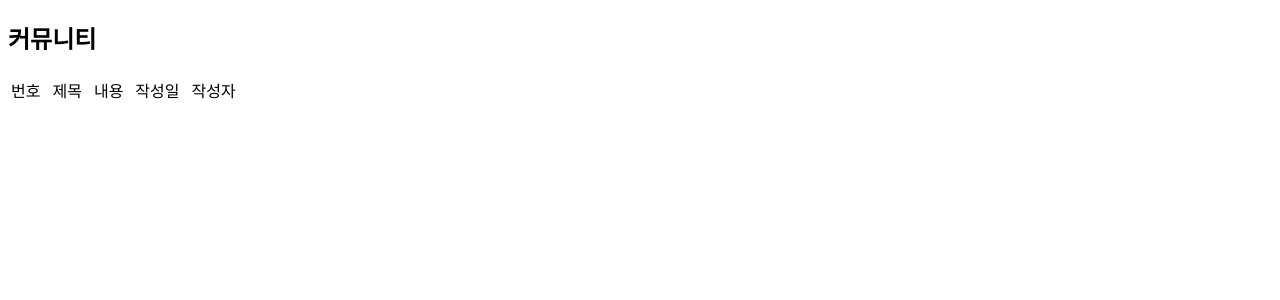
Repository: skdltm12/jsp1
Page: http://localhost/web01/board1.jsp
An editor plug-in stored every save of this project. The page is shown before and after the next save, followed by the edit.
The browser window is 1280 px wide. The pictures show the whole page.
The page is served by Tomcat 9. Queries for data that is not in the repository find no rows.

Above is the page before, as saved 2022-04-28 07:34:15.

### web01/src/main/webapp/board1.jsp
<%@ page language="java" contentType="text/html; charset=UTF-8"
    pageEncoding="UTF-8"%>
<%@ page import="java.sql.*" %>
<!DOCTYPE html>
<html>
<head>
<meta charset="UTF-8">
<title>게시글 목록</title>
</head>
<body>
	<h2>커뮤니티</h2>
	<table>
		<tbody>
		<tr>
			<td>번호&nbsp;&nbsp;</td>
			<td>제목&nbsp;&nbsp;</td>
			<td>내용&nbsp;&nbsp;</td>
			<td>작성일&nbsp;&nbsp;</td>
			<td>작성자&nbsp;&nbsp;</td>
		</tr>
	<%
	request.setCharacterEncoding("UTF-8");
	Connection conn = null;
	PreparedStatement pstmt = null;
	ResultSet rs = null;

	try{
		Class.forName("org.mariadb.jdbc.Driver");
		conn = DriverManager.getConnection("jdbc:mariadb://localhost:3308/company","root","1234!");
		String sql = "select * from board";
		pstmt = conn.prepareStatement(sql);
		rs = pstmt.executeQuery();
		while(rs.next()){
		%>
		<tr>
			<td><%=rs.getString("bno") %>&nbsp;&nbsp; </td>
			<td><%=rs.getString("btitle") %>&nbsp;&nbsp; </td>
			<td><%=rs.getString("bontent") %>&nbsp;&nbsp; </td>
			<td><%=rs.getString("regdate") %>&nbsp;&nbsp; </td>
			<td><%=rs.getString("author") %>&nbsp;&nbsp; </td>

		</tr>
<%
		}
	}catch(Exception e){
		e.printStackTrace();
	}finally{

	}try{
		rs.close();
		pstmt.close();
		conn.close();
	}catch(Exception e){
		e.printStackTrace();
	}
	%>
		</tbody>
	</table>




</body>
</html>

After the next save:
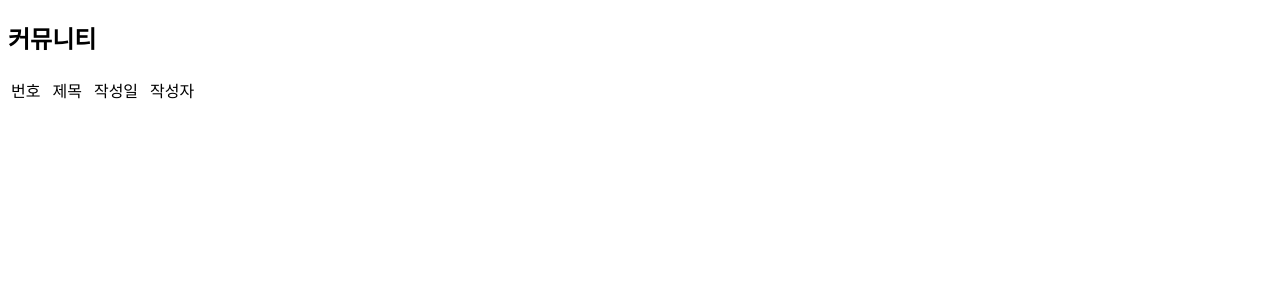
Saved 5 min 30 s later.
--- a/web01/src/main/webapp/board1.jsp
+++ b/web01/src/main/webapp/board1.jsp
@@ -14,7 +14,6 @@
 		<tr>
 			<td>번호&nbsp;&nbsp;</td>
 			<td>제목&nbsp;&nbsp;</td>
-			<td>내용&nbsp;&nbsp;</td>
 			<td>작성일&nbsp;&nbsp;</td>
 			<td>작성자&nbsp;&nbsp;</td>
 		</tr>
@@ -35,7 +34,6 @@
 		<tr>
 			<td><%=rs.getString("bno") %>&nbsp;&nbsp; </td>
 			<td><%=rs.getString("btitle") %>&nbsp;&nbsp; </td>
-			<td><%=rs.getString("bontent") %>&nbsp;&nbsp; </td>
 			<td><%=rs.getString("regdate") %>&nbsp;&nbsp; </td>
 			<td><%=rs.getString("author") %>&nbsp;&nbsp; </td>
 
